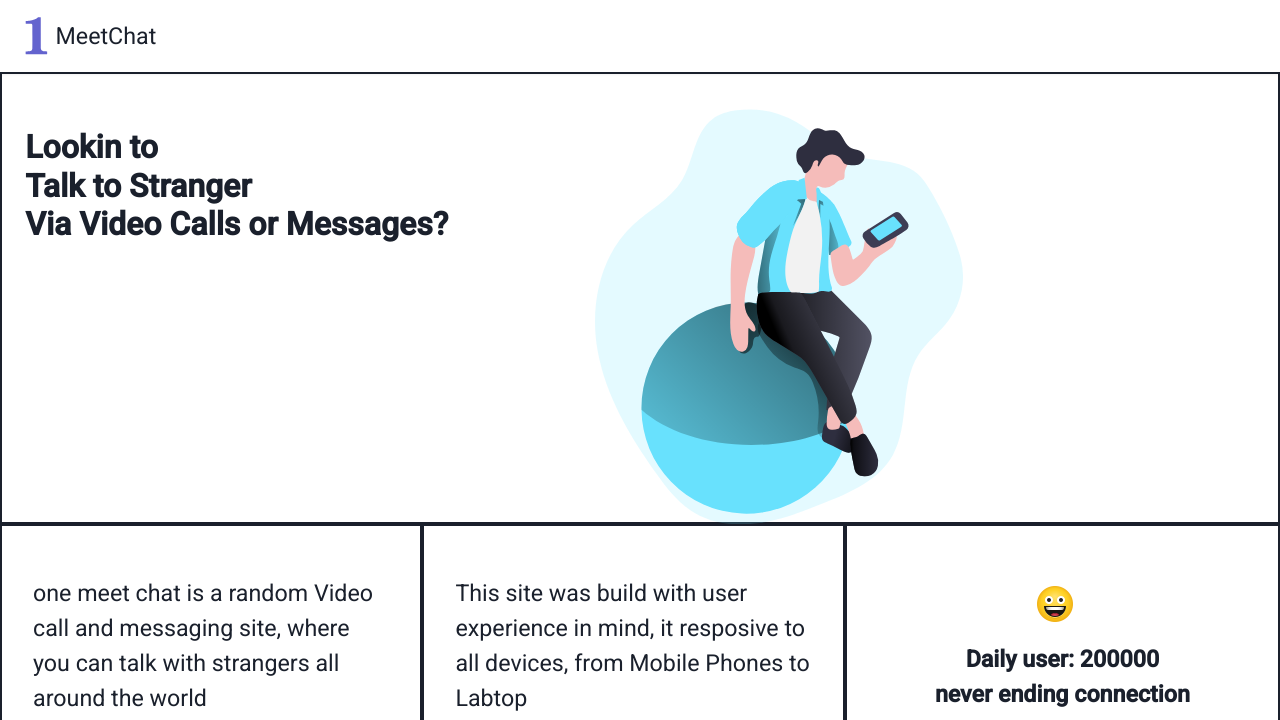
Repository: josephkongon/onemeetchat
Page: /
An editor plug-in stored every save of this project. The page is shown before and after the next save, followed by the edit.
The browser window is 1280 px wide. The pictures show the whole page.
An inner scrolling area shows only its first screen. The project was rebuilt for these pictures with package versions that can differ from the ones it lists, and the page was loaded fresh each time. The framework's server and built-in components were replaced by stand-ins that run in the browser. Also part of the build but not shown: next.config.js.

Above is the page before, as saved 2022-11-07 21:13:31.

After the next save:
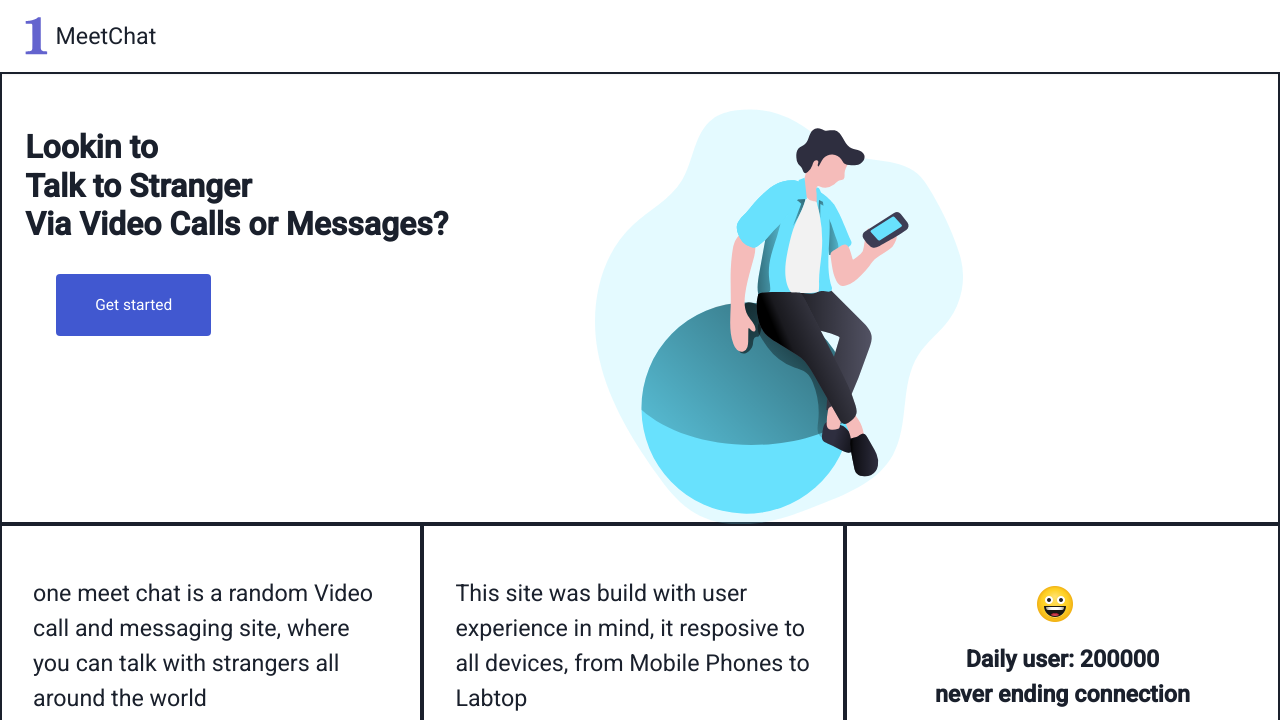
Saved 45 s later.
--- a/pages/index.tsx
+++ b/pages/index.tsx
@@ -1,7 +1,8 @@
 import { Box, Button, Container, Text, Image, Heading } from '@chakra-ui/react';
 import Head from 'next/head';
 import styles from '../styles/Home.module.css';
-import { UserInfo } from './components';
+import { UserInfo } from './components/UserInfo';
+
 const Home = () => {
   return (
     <Box w={'100vw'} h={'100vh'} overflowX='hidden' className='mainscrollbar'>
@@ -76,7 +77,9 @@ const Home = () => {
                 <Text>Via Video Calls or Messages?</Text>
               </Heading>
             </Box>
-            <Box mt={{ base: '4rem', md: '2rem' }} ml='2rem'></Box>
+            <Box mt={{ base: '4rem', md: '2rem' }} ml='2rem'>
+              <UserInfo />
+            </Box>
           </Box>
           <Box width={'60%'} h='100%'>
             <Box
